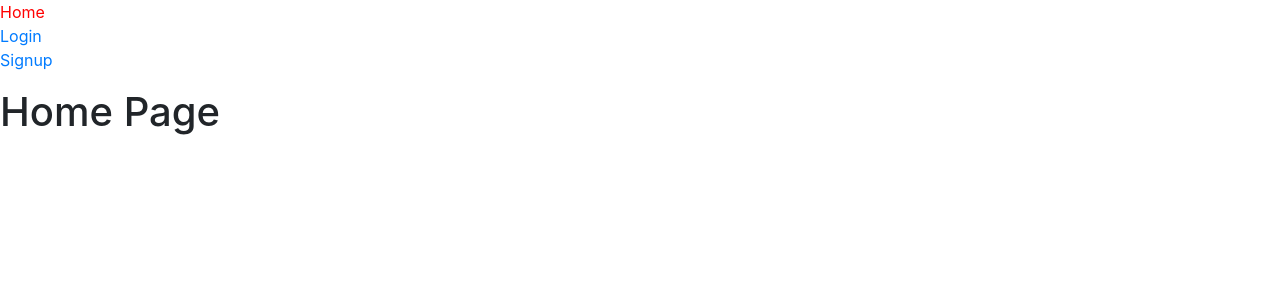
Repository: SCScbc-Projects2022/project-three
Page: / (app in client/)
These files come from the project's save history. The page is drawn as it stood at one moment and after a run of saves; the edit follows.
The browser window is 1280 px wide. The pictures show the whole page.
The project was rebuilt for these pictures with package versions that can differ from the ones it lists, and the page was loaded fresh each time. Also part of the build but not shown: client/src/utils/mutations.js, client/src/components/LoginForm.js, client/src/components/SignupForm.js.

Above is the page before, as saved 2022-07-18 11:08:36.

### client/public/index.html
<!DOCTYPE html>
<html lang="en">
  <head>
    <meta charset="utf-8" />
    <link rel="icon" href="%PUBLIC_URL%/favicon.ico" />
    <meta name="viewport" content="width=device-width, initial-scale=1" />
    <meta name="theme-color" content="#000000" />
    <meta
      name="description"
      content="Google Books search application with login"
    />
    <link rel="apple-touch-icon" href="%PUBLIC_URL%/logo192.png" />
    <link rel="manifest" href="%PUBLIC_URL%/manifest.json" />
    <link
      href="https://fonts.googleapis.com/css2?family=Rubik+Mono+One&family=Rubik:ital,wght@0,400;1,300&display=swap"
      rel="stylesheet"
    />
    <title>Proj3 - Home</title>
  </head>

  <body>
    <noscript>You need to enable JavaScript to run this app.</noscript>
    <div id="root"></div>
  </body>
</html>

### client/src/index.js
import React from 'react';
import ReactDOM from 'react-dom/client';
import 'bootstrap/dist/css/bootstrap.min.css';
import './index.css';
import App from './App';

const root = ReactDOM.createRoot(document.getElementById('root'));
root.render(
  <>
    <App />
  </>
);

### client/src/index.css
* {
  padding: 0;
  margin: 0;
  box-sizing: border-box;
}

.navItem.active {
  color: red;
}

### client/src/App.js
import React, { useState } from 'react';

import Navbar from './components/Navbar';

import Home from './pages/Home';

import LoginForm from './components/LoginForm';
import SignupForm from './components/SignupForm';

import { setContext } from '@apollo/client/link/context';

import {
  ApolloProvider,
  ApolloClient,
  InMemoryCache,
  createHttpLink,
} from '@apollo/client';

const httpLink = createHttpLink({
  uri: '/graphql',
});

const authLink = setContext((_, { headers }) => {
  const token = localStorage.getItem('id_token');
  return {
    headers: {
      ...headers,
      authorization: token ? `Bearer ${token}` : '',
    },
  };
});

const client = new ApolloClient({
  link: authLink.concat(httpLink),
  cache: new InMemoryCache(),
});

function App() {
  const [activePage, setActivePage] = useState({
    Home: true,
    Login: false,
    Signup: false,
  });

  return (
    <ApolloProvider client={client}>
      <main>
        <nav>
          <Navbar activePage={activePage} setActivePage={setActivePage} />
        </nav>
        <section id="main-wrapper">
          {activePage.Home ? (
            <Home />
          ) : activePage.Login ? (
            <LoginForm />
          ) : (
            <SignupForm />
          )}
        </section>
      </main>
    </ApolloProvider>
  );
}

export default App;

### client/src/components/Navbar.js
import React, { useState } from 'react';

import Auth from '../utils/auth';

const Navbar = ({ setActivePage, activePage }) => {
  const logout = (event) => {
    event.preventDefault();
    Auth.logout();
  };

  const handlePage = (e) => {
    setActivePage({ [e.target.innerText]: true });
    document.title = `Proj3 - ${e.target.innerText}`;
  };

  return (
    <>
      <ul>
        <li>
          <a
            className={`navItem ${activePage.Home ? 'active' : ''}`}
            href="#Home"
            onClick={(e) => handlePage(e)}
          >
            Home
          </a>
        </li>
        {/* Add conditionally rendering for Login and Signup (i.e. Show signup when not logged in) */}
        {Auth.loggedIn() ? (
          <li>
            <a href="/" onClick={logout}>
              Logout
            </a>
          </li>
        ) : (
          <li>
            <a
              className={`navItem ${activePage.Login ? 'active' : ''}`}
              href="#Login"
              onClick={(e) => handlePage(e)}
            >
              Login
            </a>
          </li>
        )}
        <li>
          <a
            className={`navItem ${activePage.Signup ? 'active' : ''}`}
            href="#Signup"
            onClick={(e) => handlePage(e)}
          >
            Signup
          </a>
        </li>
      </ul>
    </>
  );
};

export default Navbar;

### client/src/pages/Home.js
import React from 'react';

const home = () => {
  return (
    <>
      <h1>Home Page</h1>
    </>
  );
};

export default home;

### client/src/utils/auth.js
import decode from 'jwt-decode';

class AuthService {
  // retrieve data saved in token
  getProfile() {
    return decode(this.getToken());
  }

  loggedIn() {
    // check if the user is still logged in
    const token = this.getToken(); // Checks if there is a saved token and it's still valid
    // use type coersion to check if token is NOT undefined and the token is NOT expired
    return !!token && !this.isTokenExpired(token);
  }

  // check if the token has expired
  isTokenExpired(token) {
    try {
      const decoded = decode(token);
      if (decoded.exp < Date.now() / 1000) {
        return true;
      } else {
        return false;
      }
    } catch (err) {
      return false;
    }
  }

  // retrieve token from localStorage
  getToken() {
    // Retrieves the user token from localStorage
    return localStorage.getItem('id_token');
  }

  // set token to localStorage and reload page to homepage
  login(idToken) {
    // Saves user token to localStorage
    localStorage.setItem('id_token', idToken);

    window.location.assign('/');
  }

  // clear token from localStorage and force logout with reload
  logout() {
    // Clear user token and profile data from localStorage
    localStorage.removeItem('id_token');
    localStorage.removeItem('saved_books');

    // this will reload the page and reset the state of the application
    window.location.assign('/');
  }
}
export default new AuthService();

After the next 2 saves:
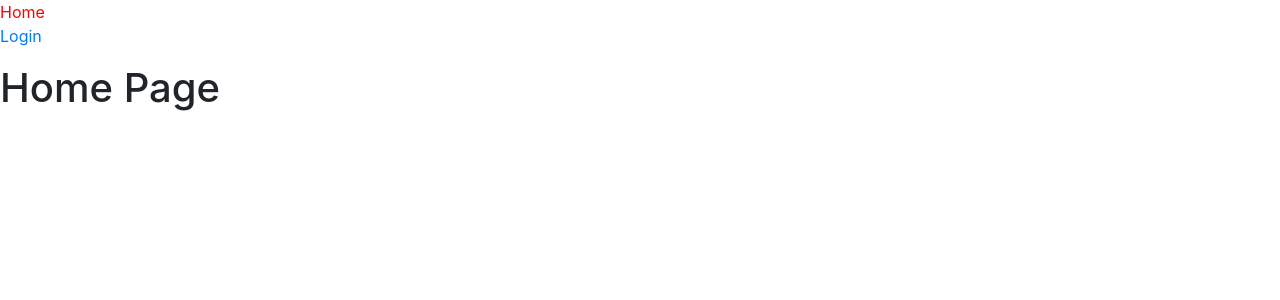
The 2 saves are shown as one change because they came seconds apart.
The last was saved 34 s later.
--- a/client/src/components/Navbar.js
+++ b/client/src/components/Navbar.js
@@ -33,25 +33,18 @@
             </a>
           </li>
         ) : (
-          <li>
-            <a
-              className={`navItem ${activePage.Login ? 'active' : ''}`}
-              href="#Login"
-              onClick={(e) => handlePage(e)}
-            >
-              Login
-            </a>
-          </li>
+          <ul>
+            <li>
+              <a
+                className={`navItem ${activePage.Login ? 'active' : ''}`}
+                href="#Login"
+                onClick={(e) => handlePage(e)}
+              >
+                Login
+              </a>
+            </li>
+          </ul>
         )}
-        <li>
-          <a
-            className={`navItem ${activePage.Signup ? 'active' : ''}`}
-            href="#Signup"
-            onClick={(e) => handlePage(e)}
-          >
-            Signup
-          </a>
-        </li>
       </ul>
     </>
   );

After the save that followed:
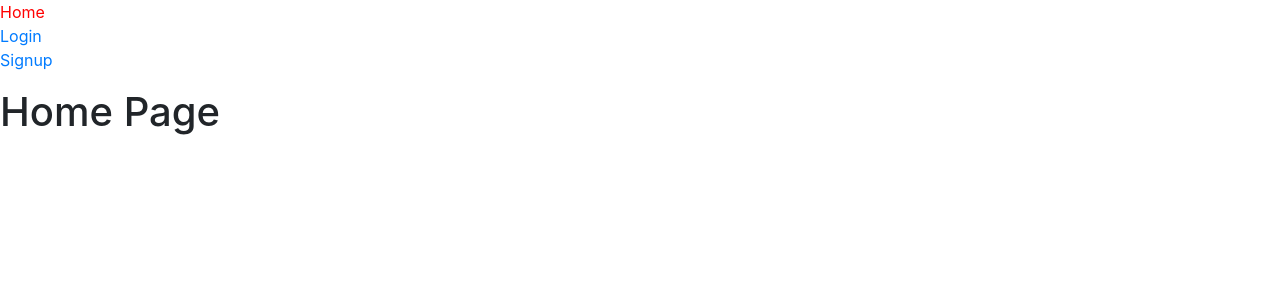
Saved 4 s later.
--- a/client/src/components/Navbar.js
+++ b/client/src/components/Navbar.js
@@ -43,6 +43,15 @@
                 Login
               </a>
             </li>
+            <li>
+              <a
+                className={`navItem ${activePage.Signup ? 'active' : ''}`}
+                href="#Signup"
+                onClick={(e) => handlePage(e)}
+              >
+                Signup
+              </a>
+            </li>
           </ul>
         )}
       </ul>
